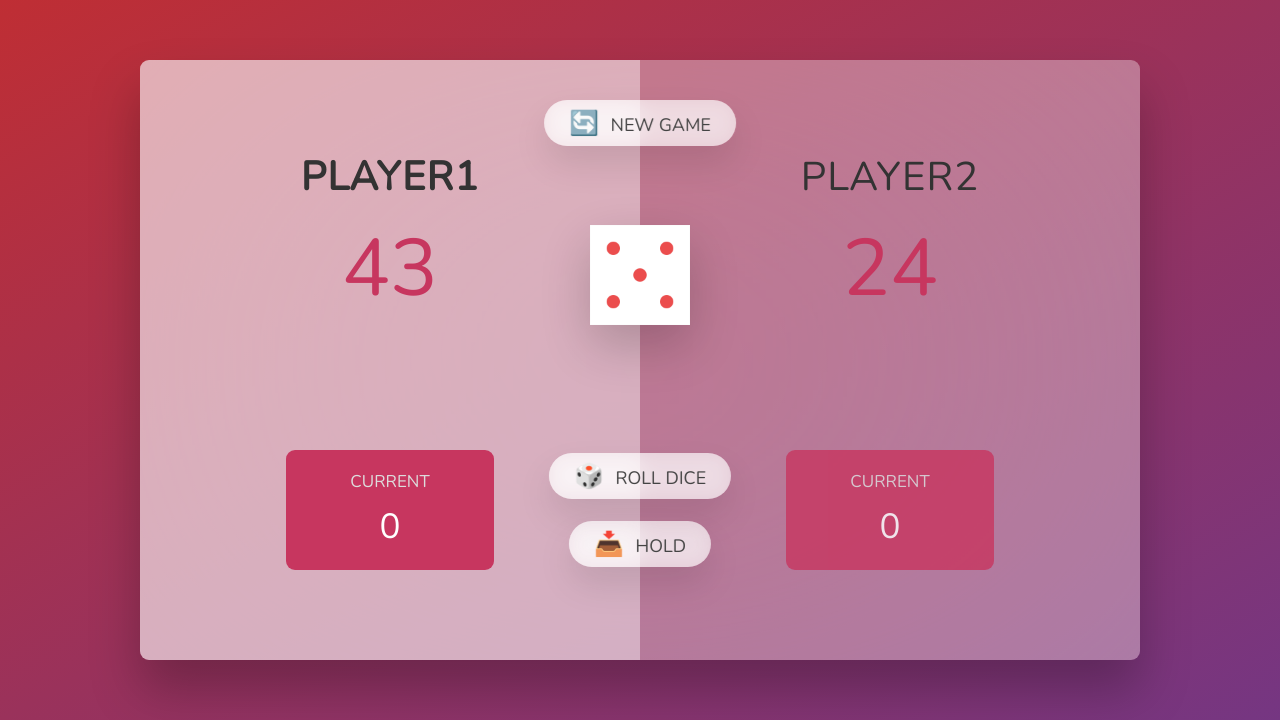
Repository: otvertka/jsc_07
Page: index.html
These files come from the project's save history. The page is drawn as it stood at one moment and after the next save; the edit follows.
The browser window is 1280 px wide. The pictures show the whole page.

Above is the page before, as saved 2022-12-24 13:26:53.

### index.html
<!DOCTYPE html>
<html lang="en">
  <head>
    <meta charset="UTF-8" />
    <meta name="viewport" content="width=device-width, initial-scale=1.0" />
    <meta http-equiv="X-UA-Compatible" content="ie=edge" />
    <link rel="stylesheet" href="style.css" />
    <title>Pig Game</title>
  </head>
  <body>
    <main>
      <section class="player player--0 player--active">
        <h2 class="name" id="name--0">Player1</h2>
        <p class="score" id="score--0">43</p>
        <div class="current">
          <p class="current-label">Current</p>
          <p class="current-score" id="current--0">0</p>
        </div>
      </section>
      <section class="player player--1">
        <h2 class="name" id="name--1">Player2</h2>
        <p class="score" id="score--1">24</p>
        <div class="current">
          <p class="current-label">Current</p>
          <p class="current-score" id="current--1">0</p>
        </div>
      </section>

      <img src="/dice-5.png" alt="Playing dice" class="dice" />
      <button class="btn btn--new">🔄 New game</button>
      <button class="btn btn--roll">🎲 Roll dice</button>
      <button class="btn btn--hold">📥 Hold</button>
    </main>
    <script src="script.js"></script>
  </body>
</html>

### style.css
@import url('https://fonts.googleapis.com/css2?family=Nunito&display=swap');

* {
  margin: 0;
  padding: 0;
  box-sizing: inherit;
}

html {
  font-size: 62.5%;
  box-sizing: border-box;
}

body {
  font-family: 'Nunito', sans-serif;
  font-weight: 400;
  height: 100vh;
  color: #333;
  background-image: linear-gradient(to top left, #753682 0%, #bf2e34 100%);
  display: flex;
  align-items: center;
  justify-content: center;
}

/* LAYOUT */
main {
  position: relative;
  width: 100rem;
  height: 60rem;
  background-color: rgba(255, 255, 255, 0.35);
  backdrop-filter: blur(200px);
  filter: blur();
  box-shadow: 0 3rem 5rem rgba(0, 0, 0, 0.25);
  border-radius: 9px;
  overflow: hidden;
  display: flex;
}

.player {
  flex: 50%;
  padding: 9rem;
  display: flex;
  flex-direction: column;
  align-items: center;
  transition: all 0.75s;
}

/* ELEMENTS */
.name {
  position: relative;
  font-size: 4rem;
  text-transform: uppercase;
  letter-spacing: 1px;
  word-spacing: 2px;
  font-weight: 300;
  margin-bottom: 1rem;
}

.score {
  font-size: 8rem;
  font-weight: 300;
  color: #c7365f;
  margin-bottom: auto;
}

.player--active {
  background-color: rgba(255, 255, 255, 0.4);
}
.player--active .name {
  font-weight: 700;
}
.player--active .score {
  font-weight: 400;
}

.player--active .current {
  opacity: 1;
}

.current {
  background-color: #c7365f;
  opacity: 0.8;
  border-radius: 9px;
  color: #fff;
  width: 65%;
  padding: 2rem;
  text-align: center;
  transition: all 0.75s;
}

.current-label {
  text-transform: uppercase;
  margin-bottom: 1rem;
  font-size: 1.7rem;
  color: #ddd;
}

.current-score {
  font-size: 3.5rem;
}

/* ABSOLUTE POSITIONED ELEMENTS */
.btn {
  position: absolute;
  left: 50%;
  transform: translateX(-50%);
  color: #444;
  background: none;
  border: none;
  font-family: inherit;
  font-size: 1.8rem;
  text-transform: uppercase;
  cursor: pointer;
  font-weight: 400;
  transition: all 0.2s;

  background-color: white;
  background-color: rgba(255, 255, 255, 0.6);
  backdrop-filter: blur(10px);

  padding: 0.7rem 2.5rem;
  border-radius: 50rem;
  box-shadow: 0 1.75rem 3.5rem rgba(0, 0, 0, 0.1);
}

.btn::first-letter {
  font-size: 2.4rem;
  display: inline-block;
  margin-right: 0.7rem;
}

.btn--new {
  top: 4rem;
}
.btn--roll {
  top: 39.3rem;
}
.btn--hold {
  top: 46.1rem;
}

.btn:active {
  transform: translate(-50%, 3px);
  box-shadow: 0 1rem 2rem rgba(0, 0, 0, 0.15);
}

.btn:focus {
  outline: none;
}

.dice {
  position: absolute;
  left: 50%;
  top: 16.5rem;
  transform: translateX(-50%);
  height: 10rem;
  box-shadow: 0 2rem 5rem rgba(0, 0, 0, 0.2);
}

.player--winner {
  background-color: #2f2f2f;
}

.player--winner .name {
  font-weight: 700;
  color: #c7365f;
}

Loaded but not shown: script.js (common file)

After the next save:
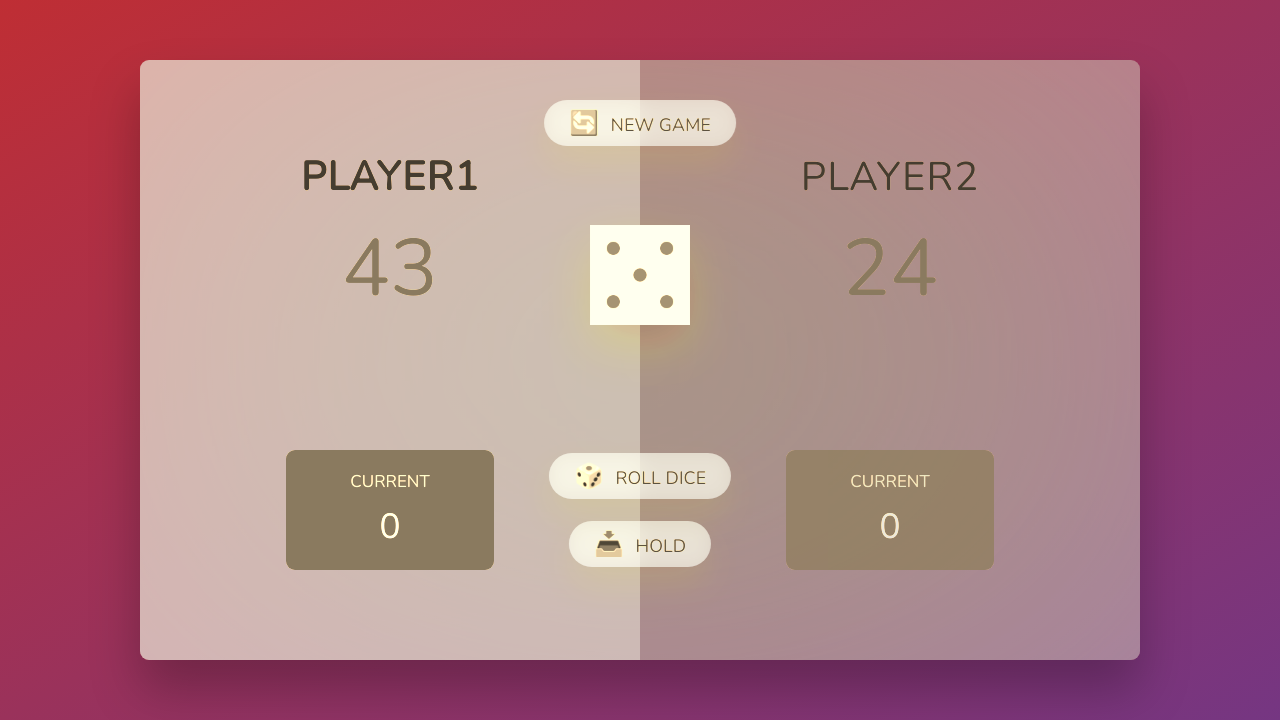
Saved 15 s later.
--- a/style.css
+++ b/style.css
@@ -29,7 +29,7 @@
   height: 60rem;
   background-color: rgba(255, 255, 255, 0.35);
   backdrop-filter: blur(200px);
-  filter: blur();
+  filter: sepia();
   box-shadow: 0 3rem 5rem rgba(0, 0, 0, 0.25);
   border-radius: 9px;
   overflow: hidden;
